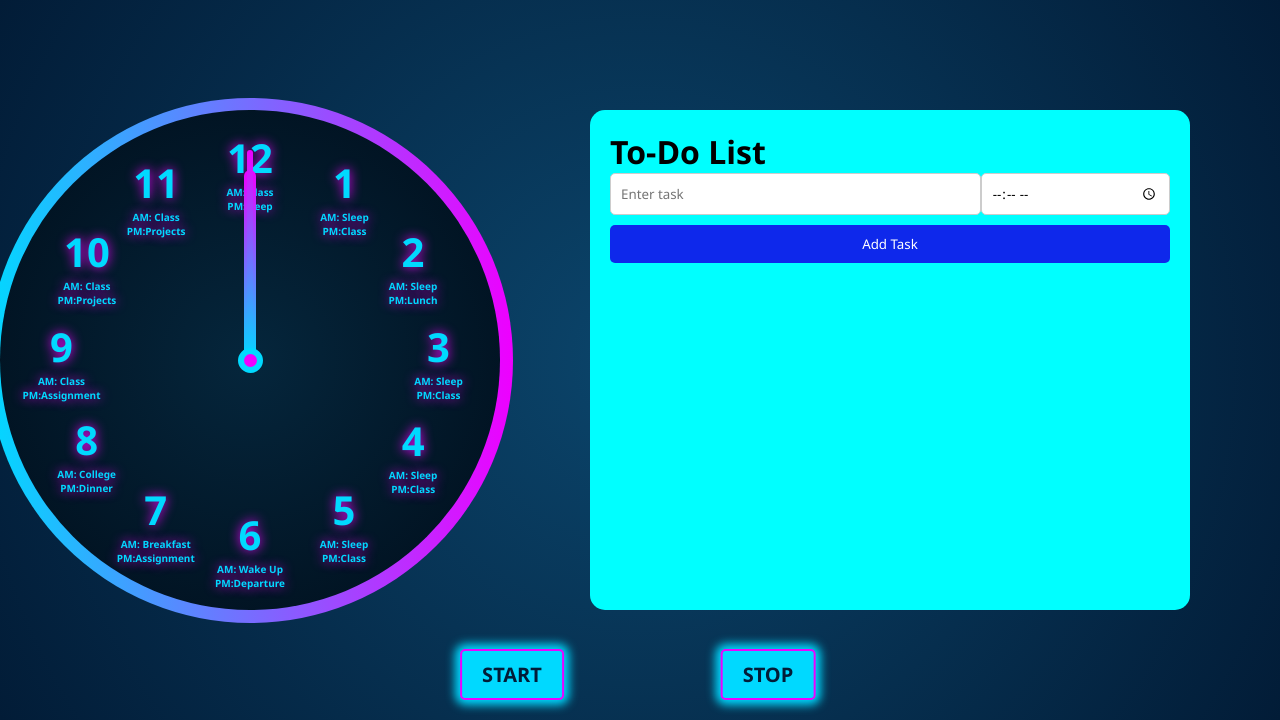
Repository: Suryansh-D/Cool-Clock
Page: index.html
An editor plug-in stored every save of this project. The page is shown before and after a run of saves, followed by the edit.
The browser window is 1280 px wide. The pictures show the whole page.

Above is the page before, as saved 2024-01-30 18:27:09.

### index.html
<!DOCTYPE html>
<html>
<head>
    <title>Schedule Clock</title>
    <link rel="stylesheet" href="style.css">
</head>
<body>
    <div class="All">
    <div class="clock">
        <div class="number" style="--n:1"><b>1 <p class="task">AM: Sleep<p class="task">PM:Class</p></p></b></div>
        <div class="number" style="--n:2"><b>2 <p class="task">AM: Sleep<p class="task">PM:Lunch</p></p></b></div>
        <div class="number" style="--n:3"><b>3 <p class="task">AM: Sleep<p class="task">PM:Class</p></p></b></div>
        <div class="number" style="--n:4"><b>4 <p class="task">AM: Sleep<p class="task">PM:Class</p></p></b></div>
        <div class="number" style="--n:5"><b>5 <p class="task">AM: Sleep<p class="task">PM:Class</p></p></b></div>
        <div class="number" style="--n:6"><b>6 <p class="task">AM: Wake Up<p class="task">PM:Departure</p></p></b></div>
        <div class="number" style="--n:7"><b>7 <p class="task">AM: Breakfast<p class="task">PM:Assignment</p></p></b></div>
        <div class="number" style="--n:8"><b>8 <p class="task">AM: College<p class="task">PM:Dinner</p></p></b></div>
        <div class="number" style="--n:9"><b>9 <p class="task">AM: Class<p class="task">PM:Assignment</p></p></b></div>
        <div class="number" style="--n:10"><b>10 <p class="task">AM: Class<p class="task">PM:Projects</p></p></b></div>
        <div class="number" style="--n:11"><b>11 <p class="task">AM: Class<p class="task">PM:Projects</p></p></b></div>
        <div class="number" style="--n:12"><b>12 <p class="task">AM: Class<p class="task">PM:Sleep</p></p></b></div>
        <div class="hour-hand" id="hour-hand"></div>
        <div class="minute-hand" id="minute-hand"></div>
        <div class="second-hand" id="second-hand"></div>
        <div class="center-dot"></div>
    </div>
    <div class="container">
        <h1>To-Do List</h1>
        <div class="entry">
        <input type="text" id="task-input" placeholder="Enter task" class="entertask">
        <input type="time" id="time-input" class="entertime"></div>
        <button onclick="addTask()" class="addtask">Add Task</button>
        <ul id="task-list">
        </ul>
        </div>
        </div>
    <button class="start-btn" id="start-btn"><b>START</b></button>
    <button class="stop-btn" id="stop-btn"><b>STOP</b></button>
      </div><script src="script.js"></script>
</body>
</html>

### style.css
*{
    margin: 0;
    padding: 0;
    box-sizing: border-box;
    font-family: 'Segoe UI', Tahoma, Geneva, Verdana, sans-serif;
}

body{
    display: flex;
    justify-content: center;
    align-items: center;
    height: 100vh;
    background: radial-gradient(circle,#0b456b, #021c37)
}
.clock{
    width: 500px;
    height: 500px;
    position: relative;
    background-color: lightgray;
    border-radius: 50%;
    display: flex;
    justify-content: center;
    align-items: center;
    background: radial-gradient(circle,#05263c , #000d1a);
}
.clock::before{
    content: "";
    position: absolute;
    width: 525px;
    height: 525px;
    border-radius: 50%;
    background:linear-gradient(to right, #00d9ff,#ee00ff);
    box-shadow: 0 0 0 15px 15px rgba(0,0,0,0.2);
    z-index: -1;

}
.number{
    transform: rotate(calc(30deg * var(--n)));
    position: absolute;
    text-align: center;
    inset: 20px;
    font-size: 40px;
    color:#00d9ff;
    text-shadow:0 0 12px #ee00ff;
}
.number b{
    transform: rotate(calc(-30deg * var(--n)));
    display: inline-block;
}

.center-dot{
    position: absolute;
    width: 25px;
    height: 25px;
    background-color: #ee00ff;
    border:6px solid #00d9ff;
    border-radius: 50%;
}

.hour-hand, .minute-hand, .second-hand{
    --rotate:0;
    position: absolute;
    left: 50%;
    bottom: 50%;
    transform: translate(-50%) rotate(calc(var(--rotate)*1deg));
    transform-origin: bottom;
    border-radius: 30px 30px 0 0;
}
.hour-hand{
   width:12px;
    height: 130px;
    background:linear-gradient(#00d9ff, #ee00ff );
}
.minute-hand{
    width:12px;
    height: 190px;
    background:linear-gradient(to top, #00d9ff, #ee00ff );
}
.second-hand{
    width: 6px;
    height: 210px;
    background:linear-gradient(to top, #00d9ff, #ee00ff );
}

.start-btn{
    position: absolute;
    bottom: 20px;
    left: 40%;
    transform: translateX(-50%);
    padding: 10px 20px;
    background-color: #00d9ff;
    border: 2px solid #ee00ff;
    border-radius: 5px;
    color: #021c37;
    font-size: 20px;
    font-weight: 500;
    cursor: pointer;
    transition: all 0.3s ease;
    box-shadow: 0 0 10px 5px #00d9ff;
}
.stop-btn{
    position: absolute;
    bottom: 20px;
    left: 60%;
    transform: translateX(-50%);
    padding: 10px 20px;
    background-color: #00d9ff;
    border: 2px solid #ee00ff;
    border-radius: 5px;
    color: #021c37;
    font-size: 20px;
    font-weight: 500;
    cursor: pointer;
    transition: all 0.3s ease;
    font-family:'Times New Roman', Times, serif;
    box-shadow: 0 0 10px 5px #00d9ff;
}
.task{
    font-size: 10px
}


/* To do */

#task-list {
    list-style: none;
    padding: 0;
    margin: 0;
  }

  #task-list li {
    margin-bottom: 5px;
    padding: 10px;
    margin: 10px 0;
    background-color: #c742db;
    color: #fff;
    border-radius: 5px;
  }

  #task-list li button {
    float: right;
    background-color: transparent;
    border: none;
    cursor: pointer;
  }
  .container {
    width: 50%;
    max-width: 600px;
    margin: 0 auto;
    padding: 20px;
    background-color: aqua;
    border-radius: 15px;
  }
  .entertask{
    width: 100%;
    padding: 10px;
    border: 1px solid #ccc;
    border-radius: 5px;
    box-sizing: border-box;
    margin-bottom: 10px;
  }
  .entertime{
    width: 50%;
    padding: 10px;
    border: 1px solid #ccc;
    border-radius: 5px;
    box-sizing: border-box;
    margin-bottom: 10px;
  }
  .addtask{
    width: 100%;
    background-color: #0e28eb;
    color: #fff;
    padding: 10px;
    border: none;
    border-radius: 5px;
    cursor: pointer;
  }
  .entry{
    display: flex;
    justify-content: space-between;
  }
  .All{
    height: auto;
    width: 100%;
    display: flex;
    justify-content: space-between;
  }

### script.js


const secondHand = document.getElementById('second-hand');
const minsHand = document.getElementById('minute-hand');
const hourHand = document.getElementById('hour-hand');
const startButton = document.getElementById('start-btn');
const stopButton = document.getElementById('stop-btn');




startButton.addEventListener('mouseenter', () => {
    startButton.style.backgroundColor = 'lightgreen';
}
);
startButton.addEventListener('mouseleave', () => {
    startButton.style.backgroundColor = 'skyblue'

}
);
stopButton.addEventListener('mouseenter', () => {
    stopButton.style.backgroundColor = 'red';
}
);
stopButton.addEventListener('mouseleave', () => {
    stopButton.style.backgroundColor = 'skyblue';
}
);
startButton.addEventListener('click', () => {
    startButton.style.display = 'none';
    stopButton.style.display = 'inline-block';
    clockTick();
}
);

stopButton.addEventListener('click', () => {
    stopButton.style.display = 'none';
    startButton.style.display = 'inline-block';
}
);
function clockTick(){
    const date = new Date();
    const seconds = date.getSeconds()/60;
    const mins = (seconds + date.getMinutes())/60;
    const hours = (mins + date.getHours())/12;

    rotateClockHand(secondHand, seconds);
    rotateClockHand(minsHand, mins);
    rotateClockHand(hourHand, hours);
}

function rotateClockHand(element, rotation){
    element.style.setProperty('--rotate', rotation * 360);
}



let clockInterval;

function startClock() {
    clockInterval = setInterval(clockTick, 1000);
    console.log('start');
}

function stopClock() {
    clearInterval(clockInterval);
    console.log('stop');
}
startButton.addEventListener('click', startClock);
stopButton.addEventListener('click', stopClock);

// To Do

const taskInput = document.getElementById('task-input');
const timeInput = document.getElementById('time-input');
const taskList = document.getElementById('task-list');

function addTask() {
  const task = taskInput.value;
  const time = timeInput.value;

  if (task) {
    const listItem = document.createElement('li');
    listItem.textContent = task + ' - ' + time;
    const removeButton = document.createElement('button');
    removeButton.textContent = "Remove";
    removeButton.addEventListener('click', () => listItem.remove());
    listItem.appendChild(removeButton);
    taskList.appendChild(listItem);

    taskInput.value = '';
    timeInput.value = '';
  }
}

After the next 2 saves:
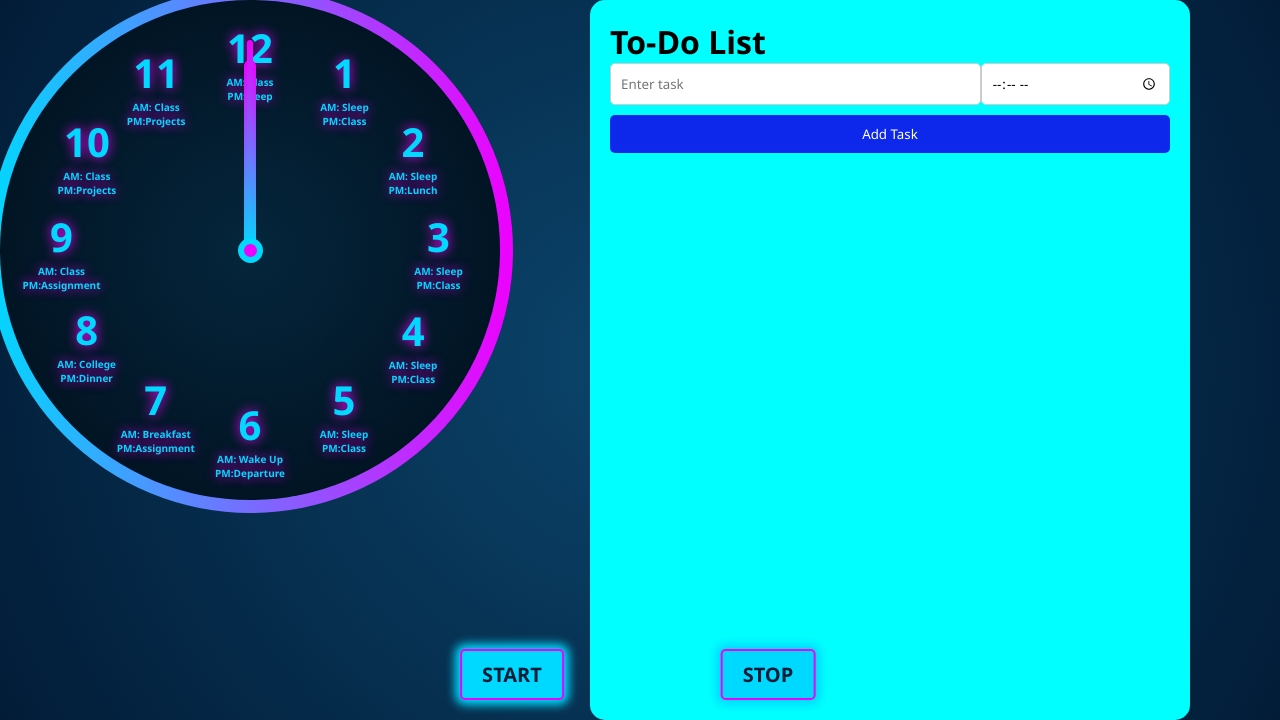
The 2 saves are shown as one change because they came seconds apart.
The last was saved 7 s later.
--- a/style.css
+++ b/style.css
@@ -181,7 +181,7 @@
     justify-content: space-between;
   }
   .All{
-    height: auto;
+    height: 100%;
     width: 100%;
     display: flex;
     justify-content: space-between;

After the 2 saves that followed:
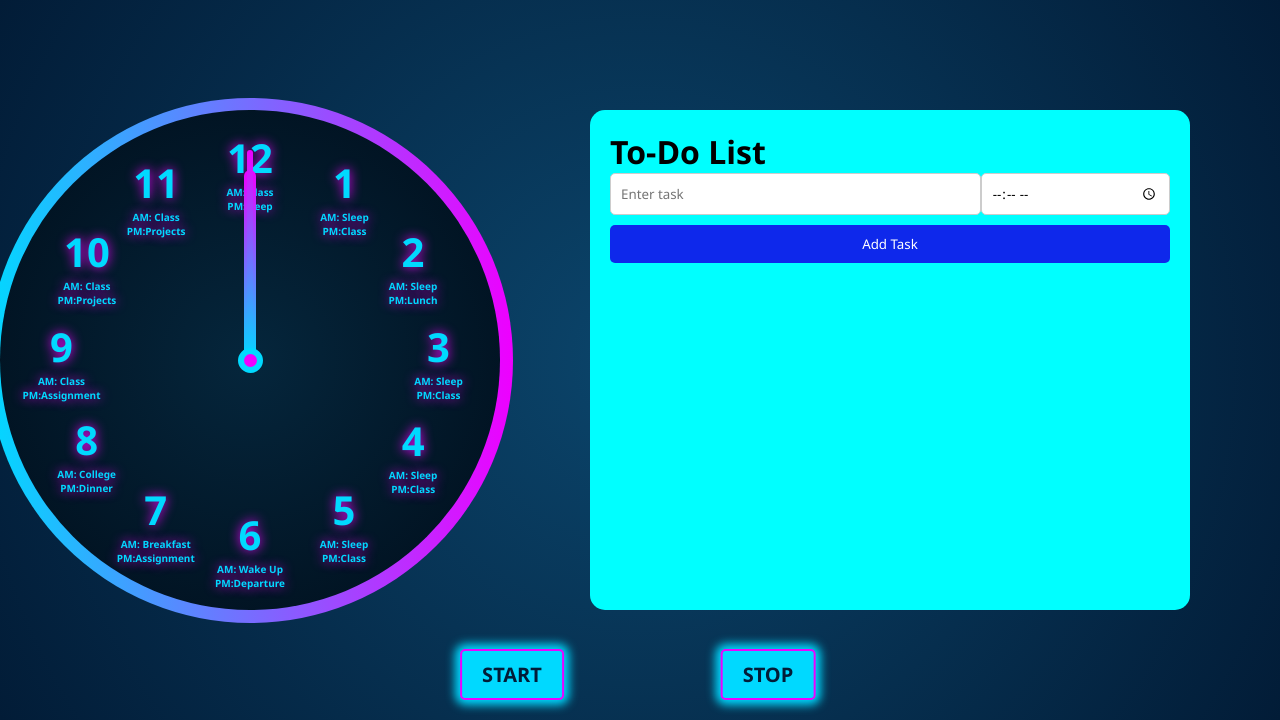
The 2 saves are shown as one change because they came seconds apart.
The last was saved 8 s later.
--- a/style.css
+++ b/style.css
@@ -181,7 +181,7 @@
     justify-content: space-between;
   }
   .All{
-    height: 100%;
+    height: auto;
     width: 100%;
     display: flex;
     justify-content: space-between;
